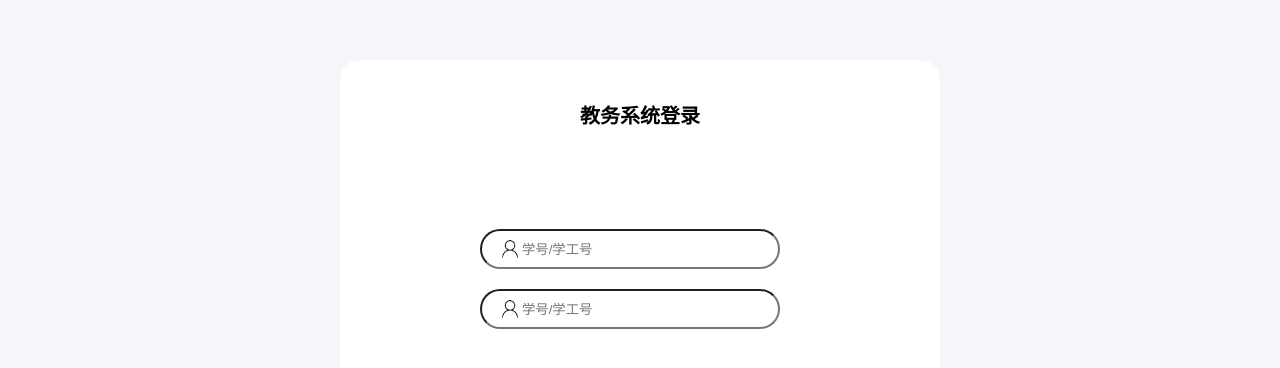
Repository: yangziteng/System
Page: / (app in myreact/)
These files come from the project's save history. The page is drawn as it stood at one moment and after the next save; the edit follows.
The browser window is 1280 px wide. The pictures show the whole page.
The project was rebuilt for these pictures with package versions that can differ from the ones it lists, and the page was loaded fresh each time. Also part of the build but not shown: myreact/vite.config.js, myreact/src/App.css, myreact/src/App.jsx, myreact/src/log.jsx.

Above is the page before, as saved 2022-07-08 12:45:22.

After the next save:
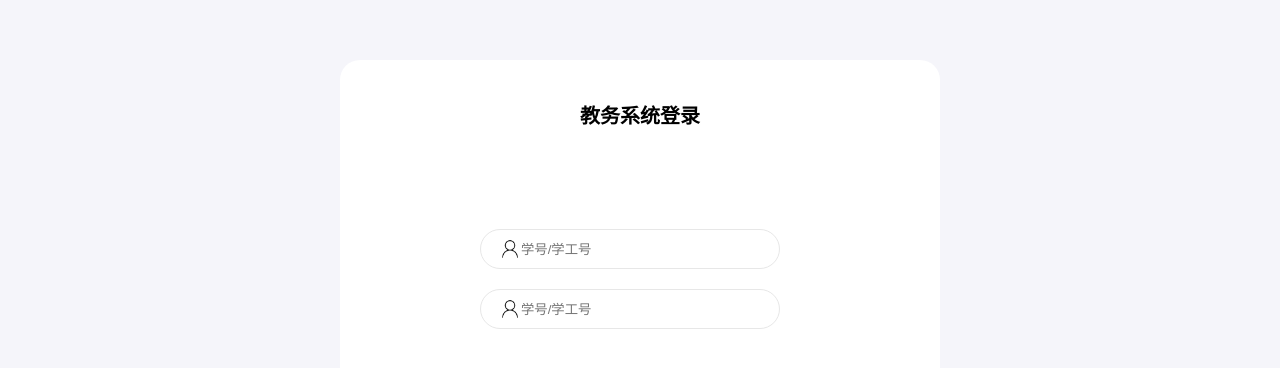
Saved 25 s later.
--- a/myreact/src/pages/Login/Login.css
+++ b/myreact/src/pages/Login/Login.css
@@ -49,7 +49,7 @@
 input{
     display: flex;
     justify-content: center;
-
+    border:1px solid #e7e7e7
 }
 .img{
     width: 20px;
